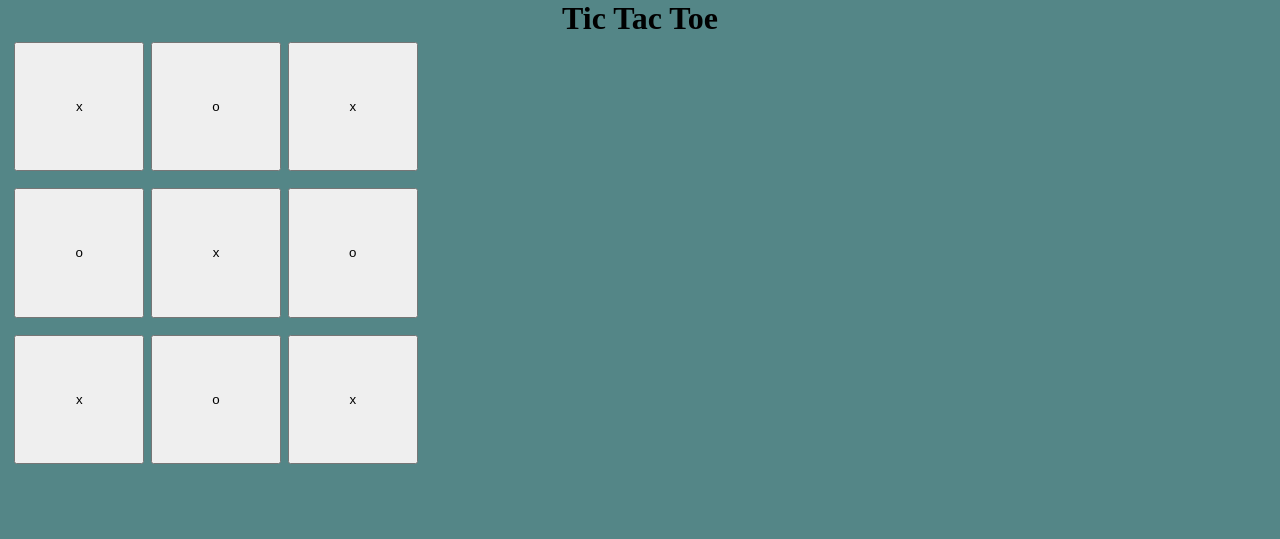
Repository: Mohitkumar1322/FrontendPracticee
Page: TicTacToeProject/index.html
An editor plug-in stored every save of this project. The page is shown before and after the next save, followed by the edit.
The browser window is 1280 px wide. The pictures show the whole page.

Above is the page before, as saved 2025-07-21 18:47:43.

### TicTacToeProject/index.html
<!DOCTYPE html>
<html lang="en">
<head>
    <meta charset="UTF-8">
    <meta name="viewport" content="width=device-width, initial-scale=1.0">
    <title>Tic Tac Toe</title>
    <link rel="stylesheet" href="style.css">
</head>
<body>
    <h1>Tic Tac Toe</h1>
<div class="container">
    <div class="game">
        <button class="box">x</button>
        <button class="box">o</button>
        <button class="box">x</button>
        <button class="box">o</button>
        <button class="box">x</button>
        <button class="box">o</button>
        <button class="box">x</button>

        <button class="box">o</button>
        <button class="box">x</button>

    </div>
</div>
    <script src="script.js"></script>
</body>
</html>

### TicTacToeProject/style.css
*{
    margin: 0;
    padding: 0;
    box-sizing: border-box;
}
body{
    background-color: #548687;
    text-align: center;
}
.container{


    height: 70vh;

}

.game{
    height: 60vmin;
    width: 60vmin;
    display: flex;
    flex-wrap: wrap;
    /* this will create a grid-like structure and allow the boxes to wrap into new lines as needed
     */
     justify-content: center;
    align-items: center;
    gap: 1vmin;

}

.box{
    height: 18vmin;
    width: 18vmin;

}

Loaded but not shown: TicTacToeProject/script.js (no stored copy; drawn as an empty file)

After the next save:
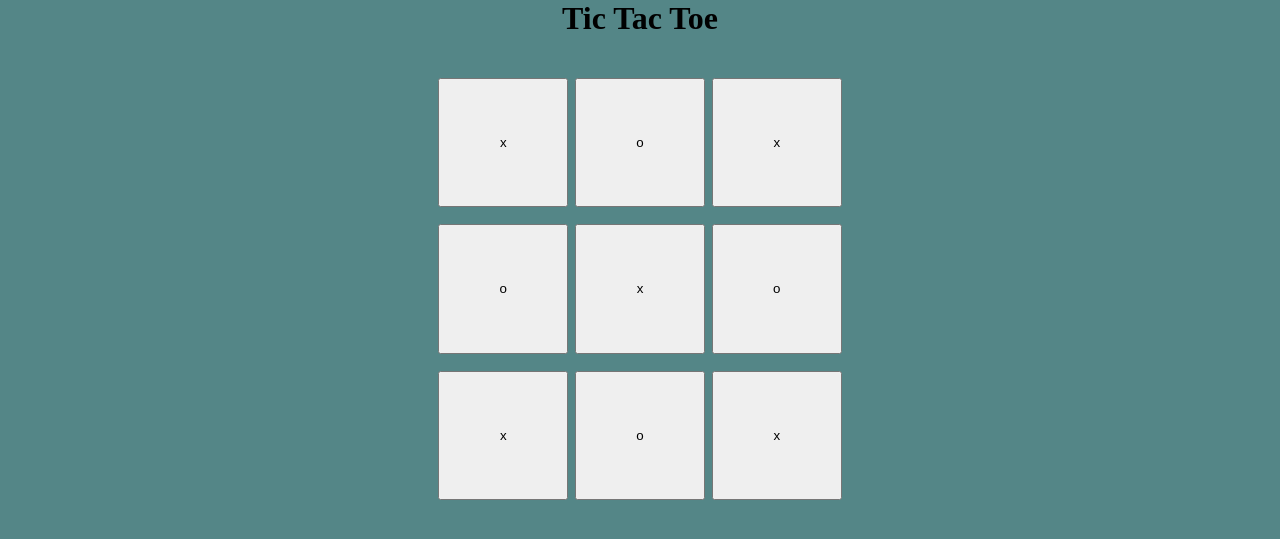
Saved 30 s later.
--- a/TicTacToeProject/style.css
+++ b/TicTacToeProject/style.css
@@ -11,7 +11,12 @@
 
 
     height: 70vh;
-
+    display: flex;
+    flex-wrap: wrap;
+    /* this will create a grid-like structure and allow the boxes to wrap into new lines as needed
+     */
+     justify-content: center;
+    align-items: center;
 }
 
 .game{
